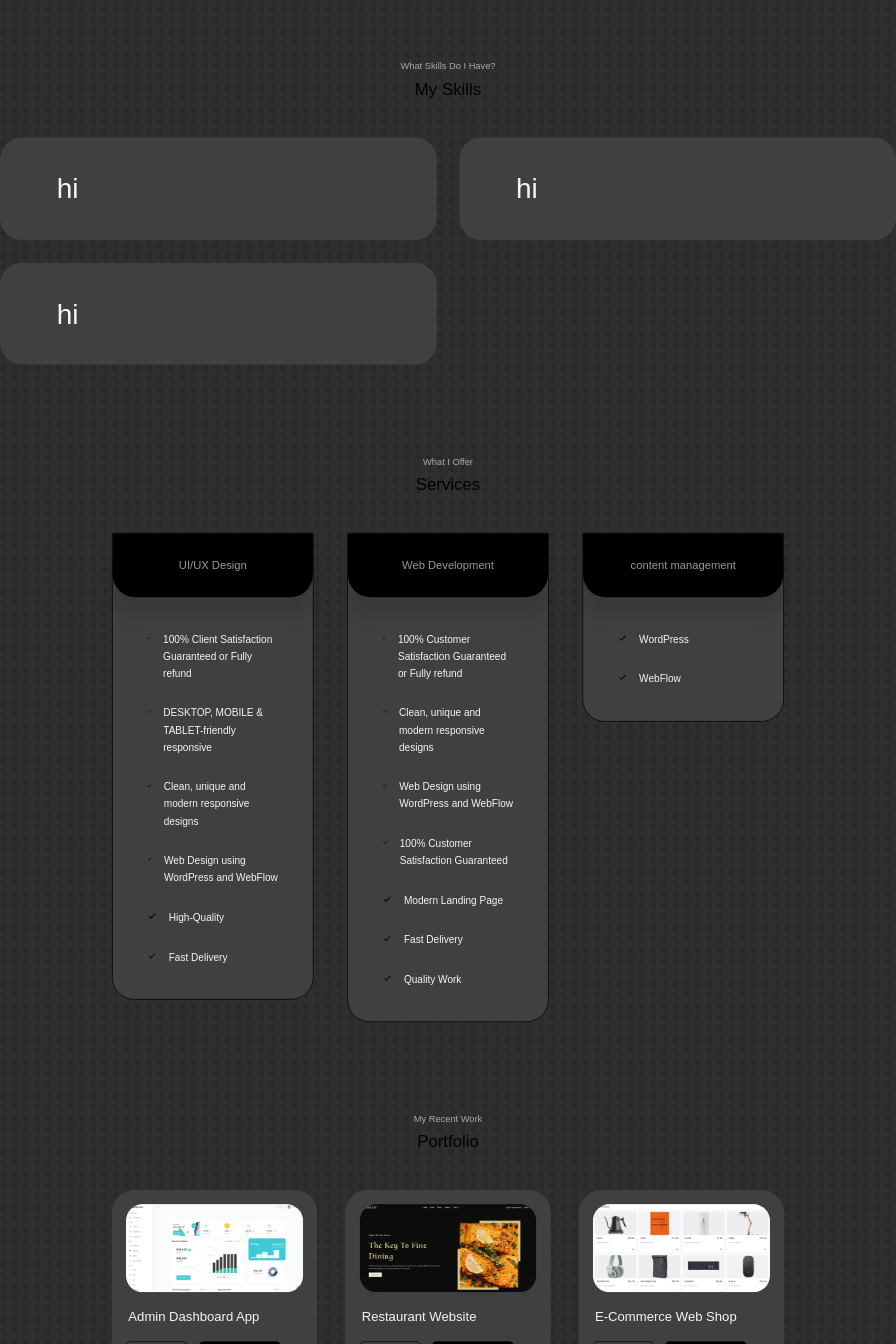
Repository: Z-Bahaa/project_joker_react_portfolio
Page: /
The author's editor kept a copy of each file at every save. The page is drawn from the files as they stood at one save, then again after the next save.
The browser window is 1280 px wide. The pictures show the part of the page from y = 1483 to 3403 px (the page is 5168 px tall before and 5032 px after), at 70% of full size.
Some web fonts or font styles are not loaded; a fallback is used. The project was rebuilt for these pictures with package versions that can differ from the ones it lists, and the page was loaded fresh each time. Imported but missing from the stored project, and not drawn on this page: src/assets/resume.pdf.

Above is the page before, as saved 2023-08-20 23:49:02.

After the next save:
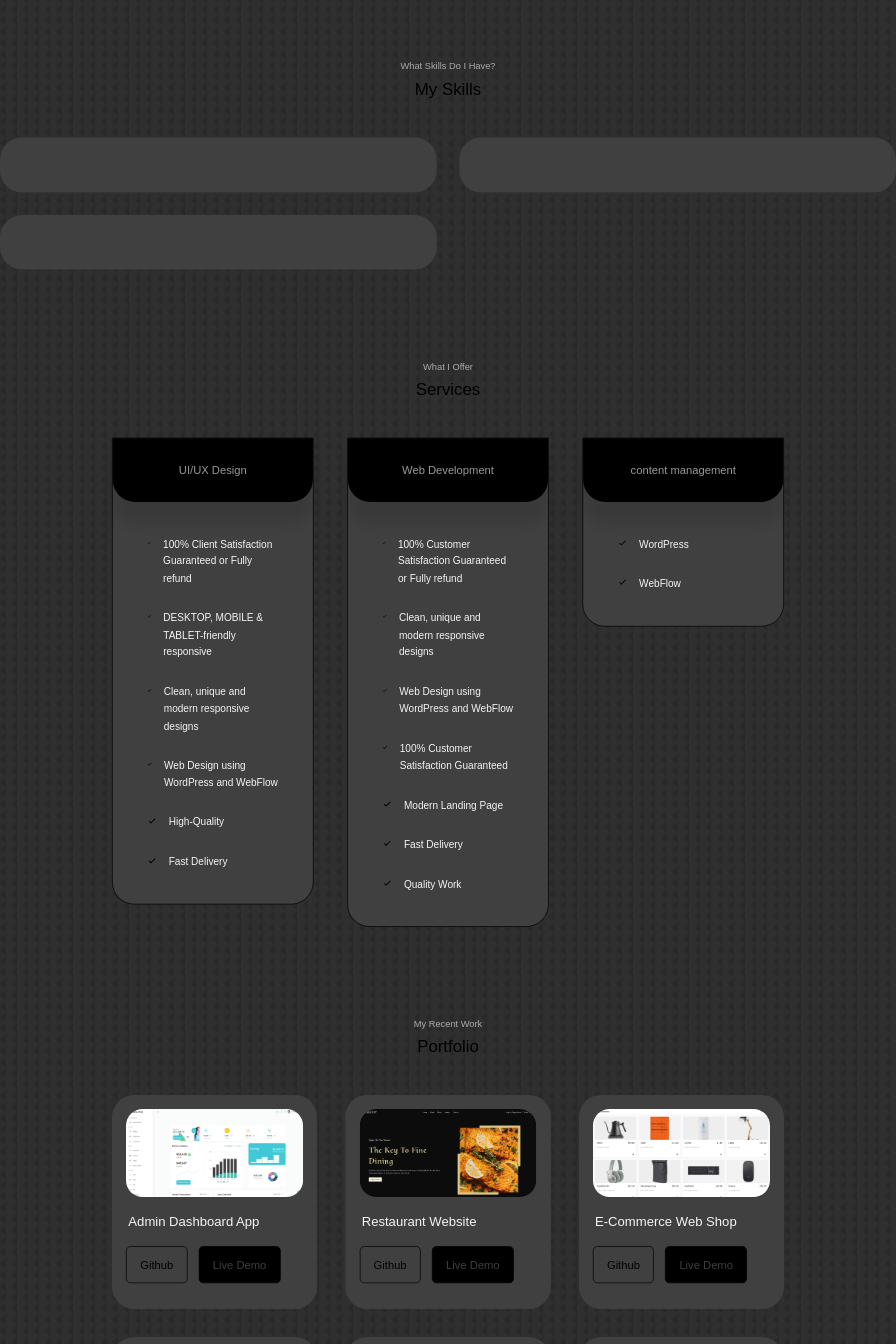
Saved 40 s later.
--- a/src/components/experience/Experience.jsx
+++ b/src/components/experience/Experience.jsx
@@ -11,7 +11,7 @@
       {
         experiences.map((feild) => (
           <div>
-            <h1>hi</h1>
+
           </div>
         ))
       }
